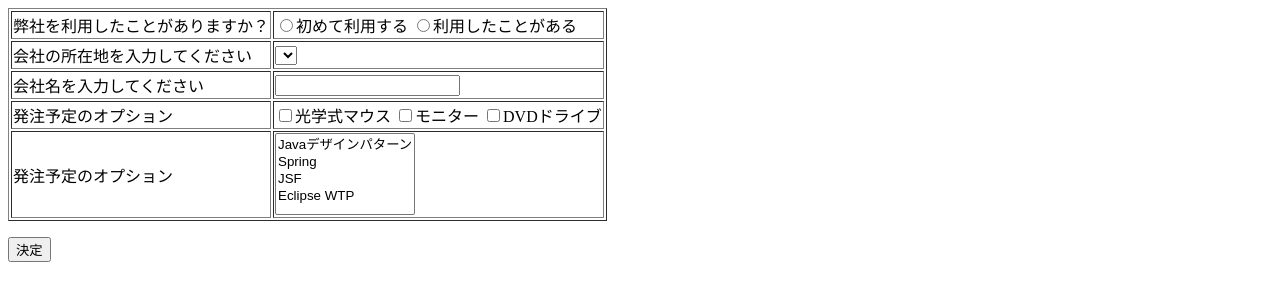
Repository: ict20215/ict
Page: http://localhost/test/jsp/Rei08_request.jsp
The author's editor kept a copy of each file at every save. The page is drawn from the files as they stood at one save, then again after the next save.
The browser window is 1280 px wide. The pictures show the whole page.
The page is served by Tomcat 9. Other server files are loaded and not shown.

Above is the page before, as saved 2021-10-20 05:34:08.

### test/WebContent/jsp/Rei08_request.jsp
<%@ page contentType="text/html; charset=UTF-8"%>
<%@ taglib uri="http://java.sun.com/jsp/jstl/core" prefix="s" %>
<!DOCTYPE html>
<html>
<head>
<meta http-equiv="content-type" content="text/html; charset=UTF-8">
<title>rei08_request.jsp</title>
</head>
<body>

	<form action="../a" method="POST">
		<table border="1">
			<tr>
				<td>弊社を利用したことがありますか？</td>
				<td><input type="radio" name="sei" value="初めて利用する">初めて利用する <input
					type="radio" name="sei" value="利用したことがある">利用したことがある</td>
			</tr>
			<tr>
				<td>会社の所在地を入力してください</td>
				<td>
				    <select name="nen">
							<option value="東京都"></option>
							<option value="埼玉県"></option>
                    </select>
        		</td>
			</tr>
			<tr>
				<td>会社名を入力してください</td>
				<td>
					<input type="text" name="mosidoki" value="">
				</td>
			</tr>
			<tr>
				<td>発注予定のオプション</td>
				<td>
					<input type="checkbox" name="mosidoki" value="パンフレット">光学式マウス
					<input type="checkbox" name="mosidoki" value="ホームページ">モニター
					<input type="checkbox" name="mosidoki" value="会社指示">DVDドライブ
				</td>

			</tr>
			<tr>
				<td>発注予定のオプション</td>
				<td>
					<select name="seminar" multiple="multiple">
						<option value="Javaデザインパターン">Javaデザインパターン</option>
						<option value="Spring">Spring</option>
						<option value="JSF">JSF</option>
						<option value="Eclipse WTP">Eclipse WTP</option>
					</select>
				</td>

			</tr>
		</table>
		<p>
			<input type="submit" value="決定">
		</p>
	</form>
</body>
</html>

After the next save:
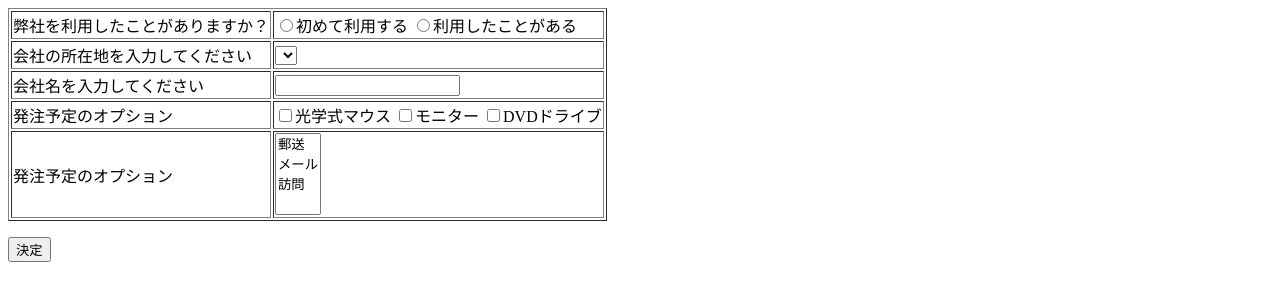
Saved 30 s later.
--- a/test/WebContent/jsp/Rei08_request.jsp
+++ b/test/WebContent/jsp/Rei08_request.jsp
@@ -43,10 +43,9 @@
 				<td>発注予定のオプション</td>
 				<td>
 					<select name="seminar" multiple="multiple">
-						<option value="Javaデザインパターン">Javaデザインパターン</option>
-						<option value="Spring">Spring</option>
-						<option value="JSF">JSF</option>
-						<option value="Eclipse WTP">Eclipse WTP</option>
+						<option value="Javaデザインパターン">郵送</option>
+						<option value="Spring">メール</option>
+						<option value="JSF">訪問</option>
 					</select>
 				</td>
 
